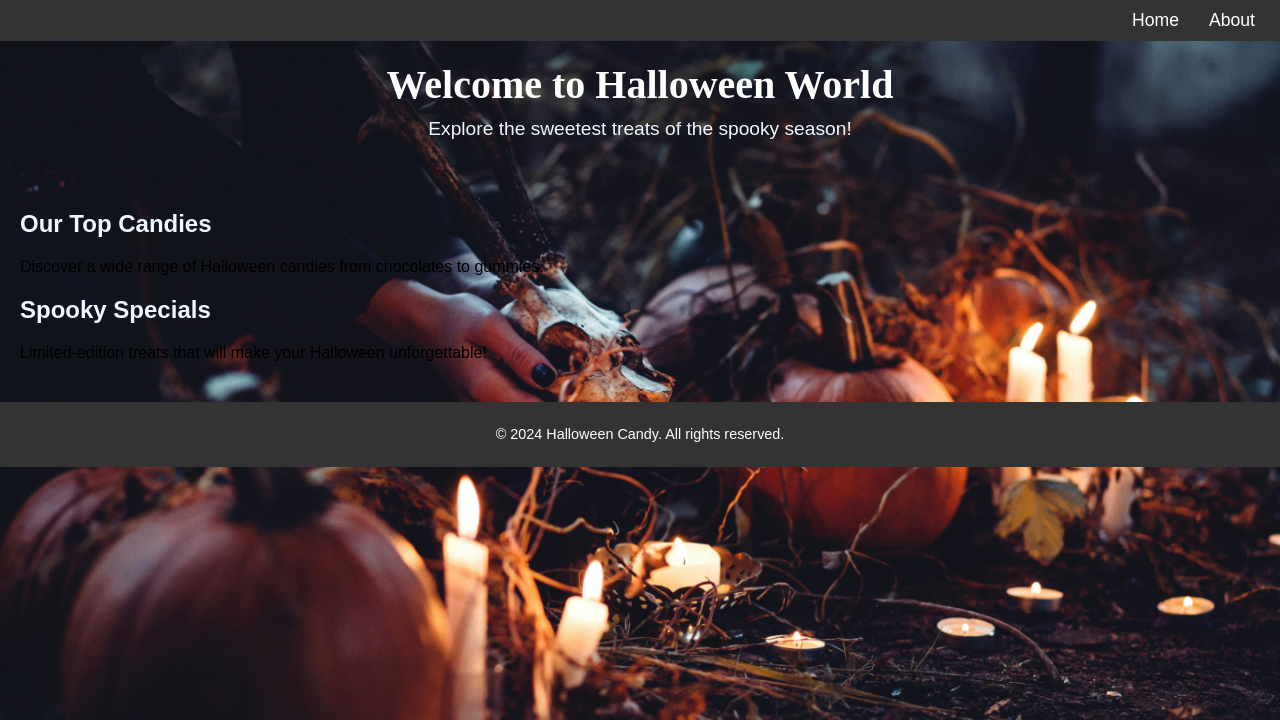
Repository: monicaifijeh/test2
Page: kyportfolio/src/indexHallo.html
An editor plug-in stored every save of this project. The page is shown before and after a run of saves, followed by the edit.
The browser window is 1280 px wide. The pictures show the whole page.

Above is the page before, as saved 2024-12-20 17:34:24.

### kyportfolio/src/indexHallo.html
<!DOCTYPE html>
<html lang="en">
  <head>
    <meta charset="UTF-8" />
    <meta name="viewport" content="width=device-width, initial-scale=1.0" />
    <title>Halloween Candy</title>
    <link rel="stylesheet" href="kystyle.css" />
  </head>
  <body>
    <nav>
      <ul>
        <li><a href="indexHallo.html">Home</a></li>
        <li><a href="aboutHallo.html">About</a></li>
      </ul>
    </nav>
    <header>
      <h1>Welcome to Halloween World</h1>
      <p>Explore the sweetest treats of the spooky season!</p>
    </header>
    <main>
      <section class="intro">
        <h2>Our Top Candies</h2>
        <p>
          Discover a wide range of Halloween candies from chocolates to gummies.
        </p>
      </section>
      <section>
        <h2>Spooky Specials</h2>
        <p>
          Limited-edition treats that will make your Halloween unforgettable!
        </p>
      </section>
    </main>
    <footer>
      <p>&copy; 2024 Halloween Candy. All rights reserved.</p>
    </footer>
  </body>
</html>

### kyportfolio/src/kystyle.css
body {
    font-family: Arial, sans-serif;
    margin: 0;
    padding: 0;
background-image: url("/kyportfolio/images/freestocks-twVS-YjQn9Y-unsplash.jpg");
background-repeat: no-repeat;
background-size: cover;
}

header {
    text-align: center;
    padding: 20px;

}

header h1 {
    margin: 0;
    font-size: 2.5rem;
   color: #fff;
   font-family: fantasy;
}
h2{
    color: aliceblue;
    fl
}

header p {
    color: aliceblue;
    margin: 10px 0;
    font-size: 1.2rem;
}

nav ul {
    display: flex;
    justify-content: right;
    list-style: none;
    padding: 10px;
    background-color: #333;
    margin: 0;
}

nav ul li {
    margin: 0 15px;
}

nav ul li a {
    text-decoration: none;
    color: #fff;
    font-size: 1.1rem;
}

nav ul li a:hover {
    text-decoration: underline;
}

main {
    padding: 20px;
}

section {
    margin-bottom: 20px;
}

footer {
    position:relative;
    text-align: center;
    padding: 10px;
    background-color: #333;
    color: #fff;
    font-size: 0.9rem;

}

After the next 3 saves:
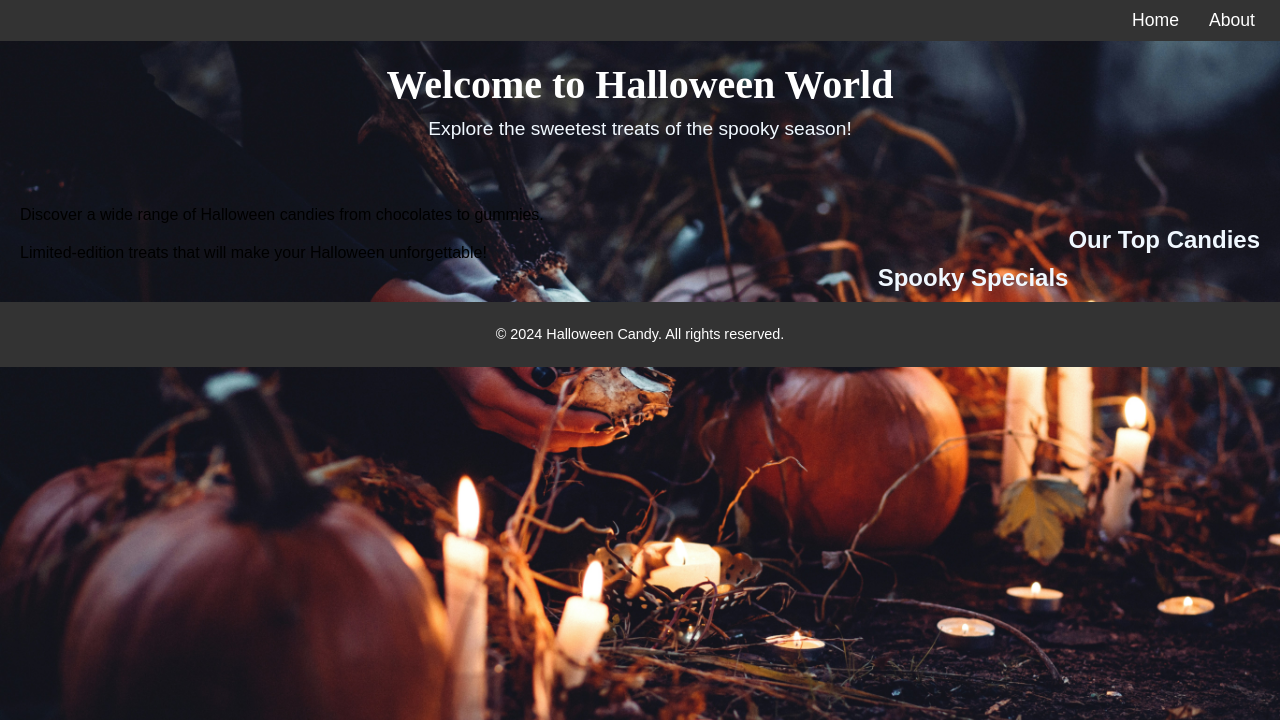
The 3 saves are shown as one change because they came seconds apart.
The last was saved 10 s later.
--- a/kyportfolio/src/kystyle.css
+++ b/kyportfolio/src/kystyle.css
@@ -21,7 +21,7 @@
 }
 h2{
     color: aliceblue;
-    fl
+    float:right;
 }
 
 header p {

After the save that followed:
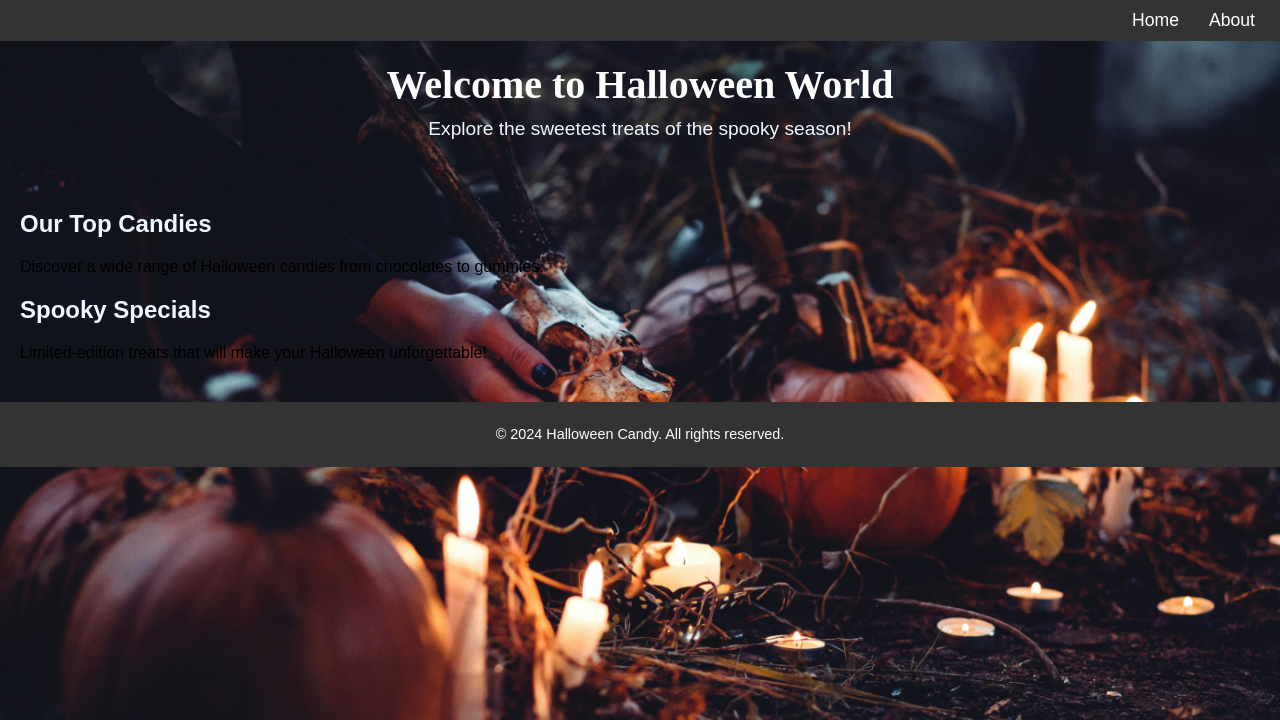
Saved 20 s later.
--- a/kyportfolio/src/kystyle.css
+++ b/kyportfolio/src/kystyle.css
@@ -21,7 +21,7 @@
 }
 h2{
     color: aliceblue;
-    float:right;
+    float:;
 }
 
 header p {
